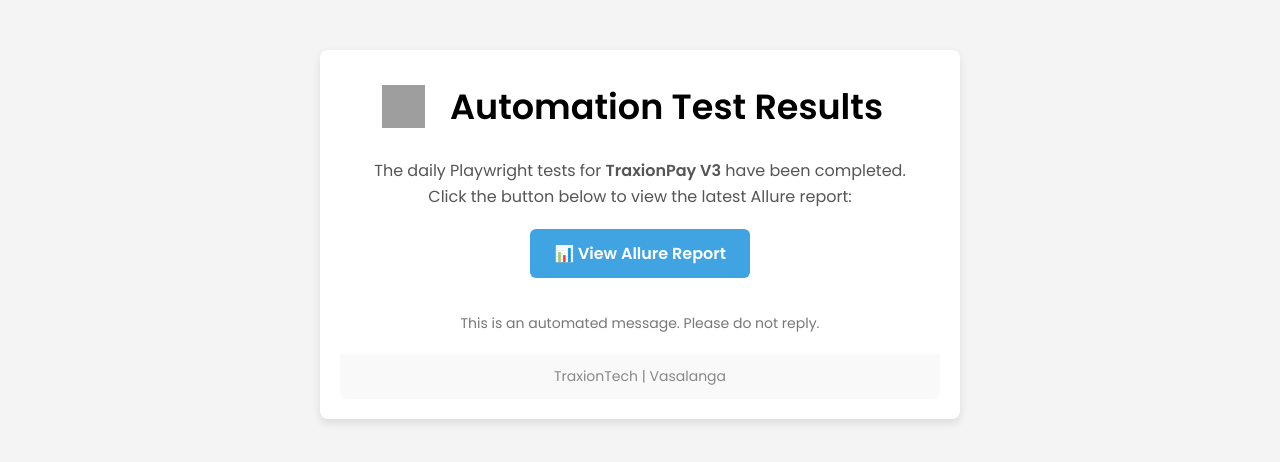
Repository: jmendozaqa24/TraxionPay-V3
Page: template.html
The author's editor kept a copy of each file at every save. The page is drawn from the files as they stood at one save, then again after the next save.
The browser window is 1280 px wide. The pictures show the whole page.
Pictures or frames that could not be fetched are drawn as grey boxes.

Above is the page before, as saved 2025-02-18 09:30:45.

After the next save:
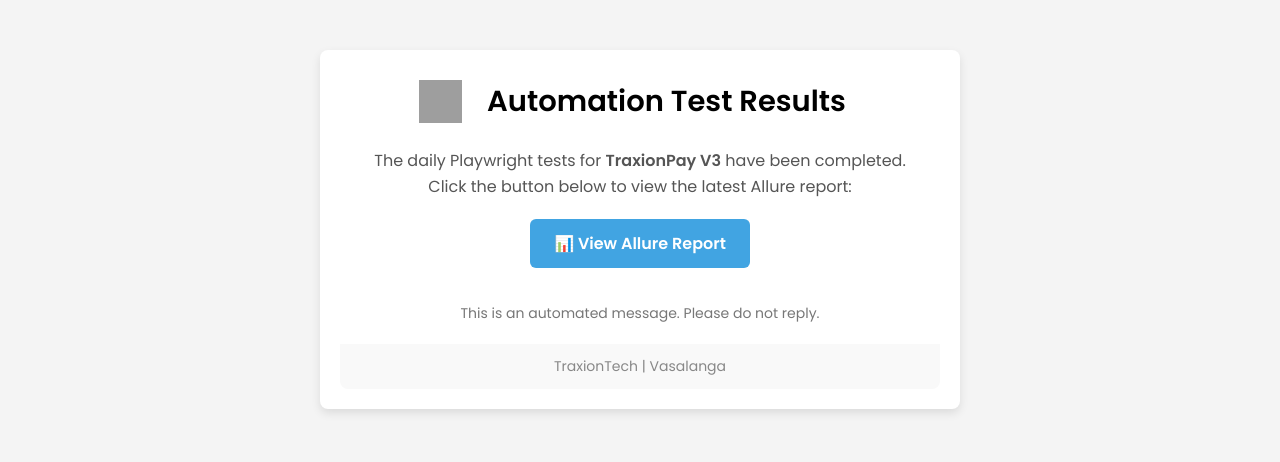
Saved 10 s later.
--- a/template.html
+++ b/template.html
@@ -13,7 +13,7 @@
             <img src="https://cdn.brandfetch.io/idpyc8TcWP/w/400/h/400/theme/dark/icon.png?c=1dxbfHSJFAPEGdCLU4o5B"
                  alt="Playwright Logo"
                  style="width: 43px; height: 43px; margin-right: 10px;">
-            <h1 style="color: #000000;  padding: 10px 15px; border-radius: 6px; margin: 0; font-size: 35px;">
+            <h1 style="color: #000000;  padding: 10px 15px; border-radius: 6px; margin: 0; font-size: 29px;">
                 Automation Test Results
             </h1>
         </div>
